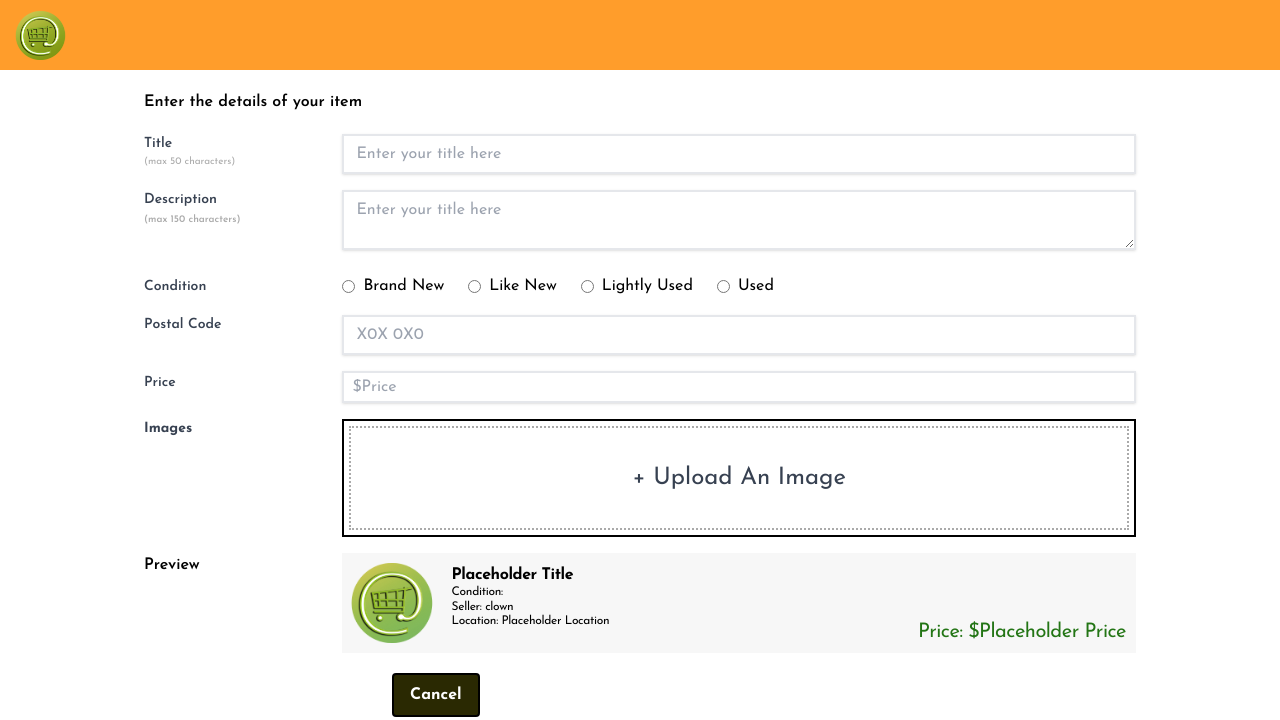
Repository: AdwaitSri/Kingston-Marketplace
Page: /creation (app in qhacks-24/)
These files come from the project's save history. The page is drawn as it stood at one moment and after the next save; the edit follows.
The browser window is 1280 px wide. The pictures show the whole page.
The project was rebuilt for these pictures with package versions that can differ from the ones it lists, and the page was loaded fresh each time. Also part of the build but not shown: qhacks-24/src/components/HomeNavbar.js, qhacks-24/src/pages/Home.js, qhacks-24/src/pages/Signup.js.

Above is the page before, as saved 2024-02-03 11:38:25.

After the next save:
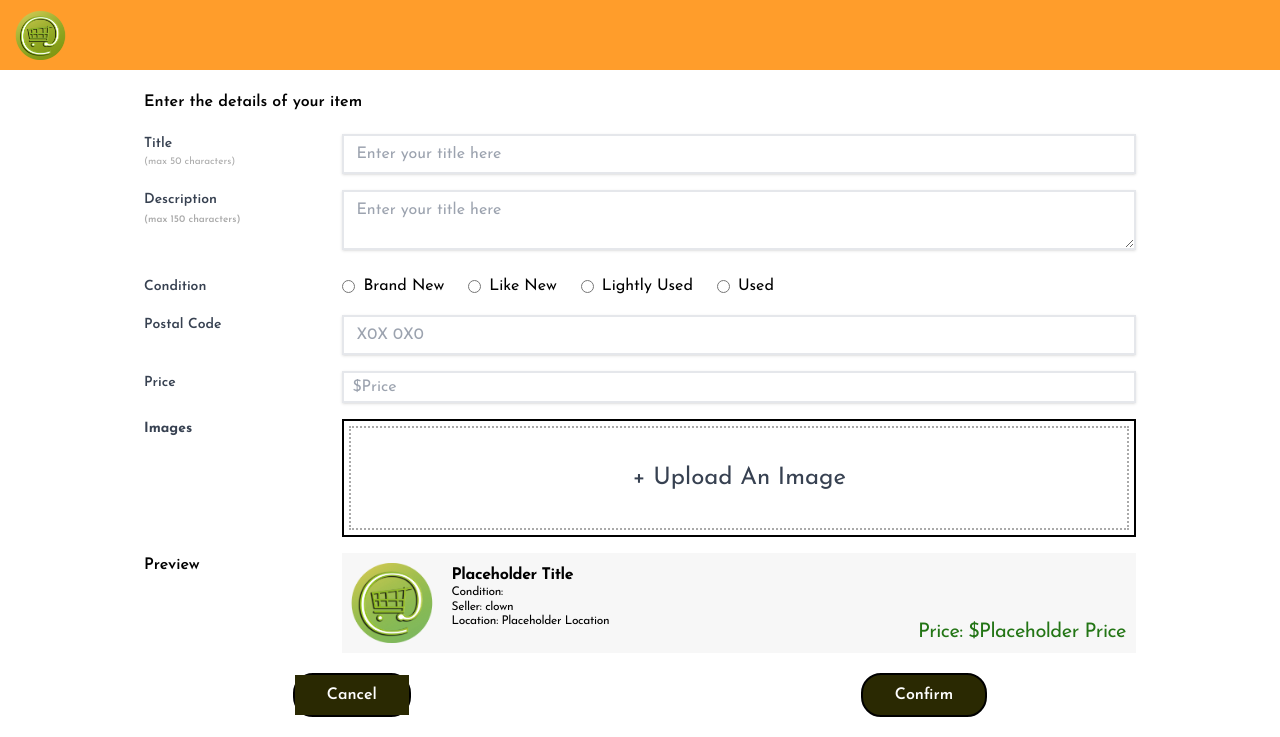
Saved 5 min 51 s later.
--- a/qhacks-24/src/pages/Creation.js
+++ b/qhacks-24/src/pages/Creation.js
@@ -187,19 +187,23 @@ export default function Creation() {
                         </div>
                     </div>
 
-                    <div className="font-jose flex w-[50%] mx-auto mt-[20px] justify-between items-center">
-                        <button
-                            type="button"
-                            className="font-jose bg-[#2a2902] border-2 border-solid border-black text-white font-bold py-2 px-4 rounded focus:outline-none focus:shadow-outline"
-                        >
-                            Cancel
-                        </button>
-                        <button
-                            type="submit"
-                            className="font-jose bg-green-500 hover:bg-green-700 text-white font-bold py-2 px-4 rounded focus:outline-none focus:shadow-outline"
-                        >
-                            Confirm
-                        </button>
+                    <div className="font-jose flex w-[70%] mx-auto my-[20px] justify-between items-center">
+                        <div className='border-2 border-solid border-black rounded-[20px] bg-[#2a2902] text-[#ffffff]'>
+                            <button
+                                type="button"
+                                className="font-jose bg-[#2a2902] font-semibold py-2 px-8 focus:outline-none focus:shadow-outline"
+                            >
+                                Cancel
+                            </button>
+                        </div>
+                        <div className='border-2 border-solid border-black rounded-[20px] bg-[#2a2902] text-[#ffffff]'>
+                            <button
+                                type="submit"
+                                className="font-jose font-semibold py-2 px-8 rounded focus:outline-none focus:shadow-outline"
+                            >
+                                Confirm
+                            </button>
+                        </div>
                     </div>
                 </form>
             </div>
